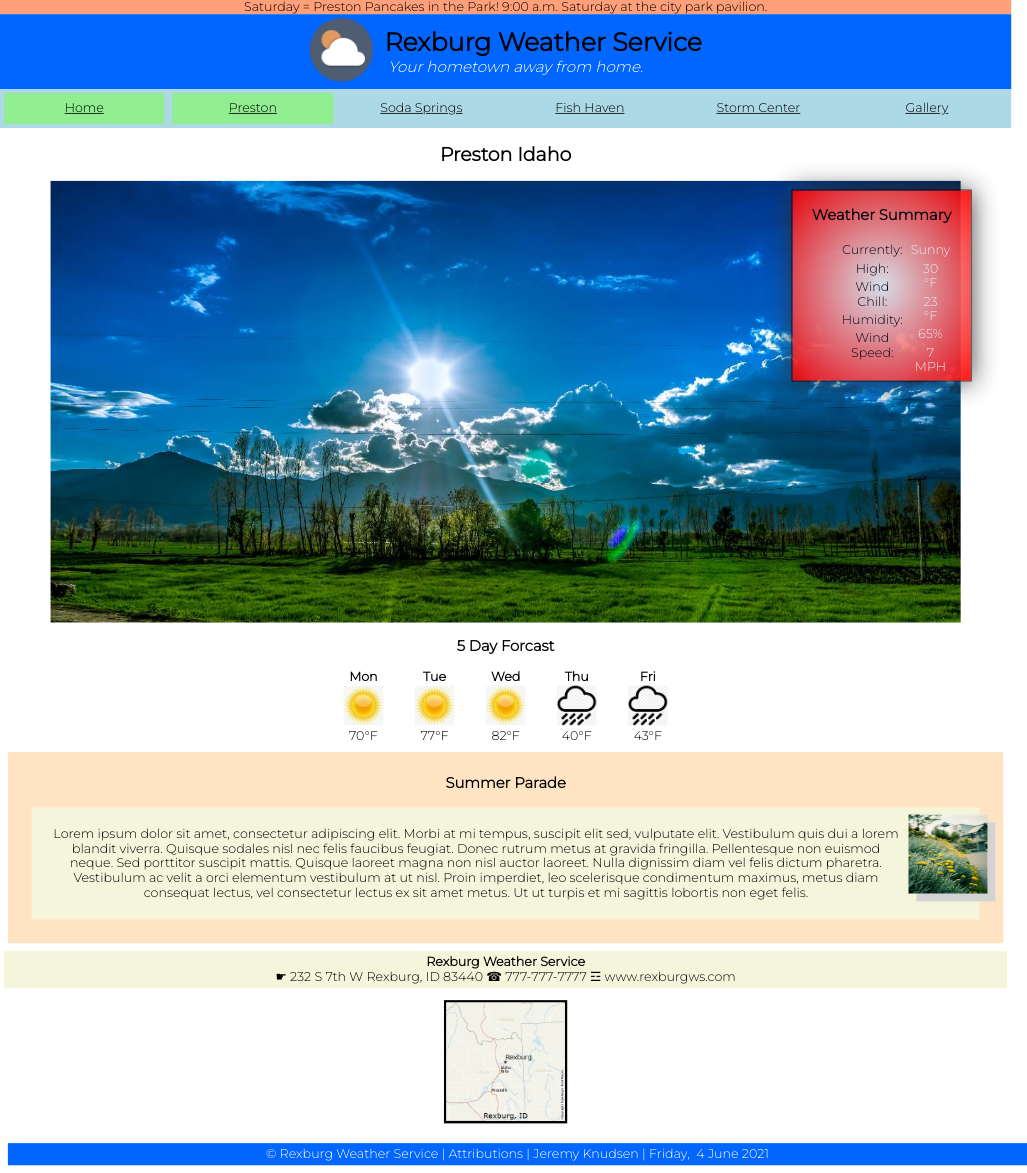
Repository: jknudsen97/jknudsen97.github.io
Page: Lesson06/preston-6.html
These files come from the project's save history. The page is drawn as it stood at one moment and after the next save; the edit follows.
The browser window is 1280 px wide. The page is 1300 px wide, so the pictures cover 1300 px, including what lies to the right of the window. The pictures show the whole page, at 79% of full size.

Above is the page before, as saved 2021-06-06 23:39:31.

After the next save:
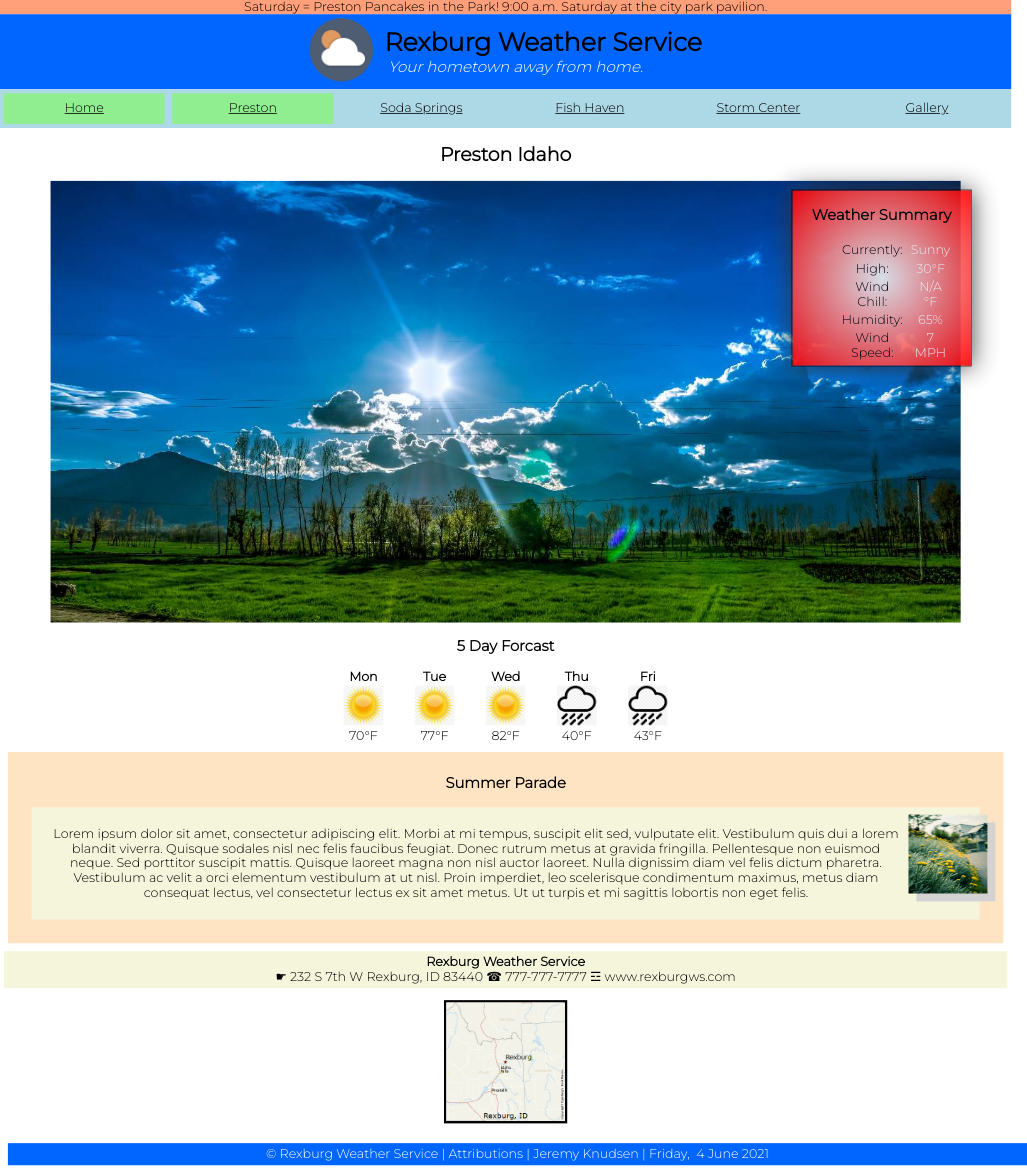
Saved 40 s later.
--- a/Lesson06/preston-6.html
+++ b/Lesson06/preston-6.html
@@ -70,7 +70,7 @@
                             </ul>
                             <ul>
                                 <li class="s-color">Sunny</li>
-                                <li class="s-color"><span id="temp">30</span>&#176;F</li>
+                                <li class="s-color"><span id="temp">30&#176;F</span></li>
                                 <li class="s-color"><span id="WC"></span>&#176;F</li>
                                 <li class="s-color">65%</li>
                                 <li class="s-color"> <span id="speed">7</span>MPH</li>

After the save that followed:
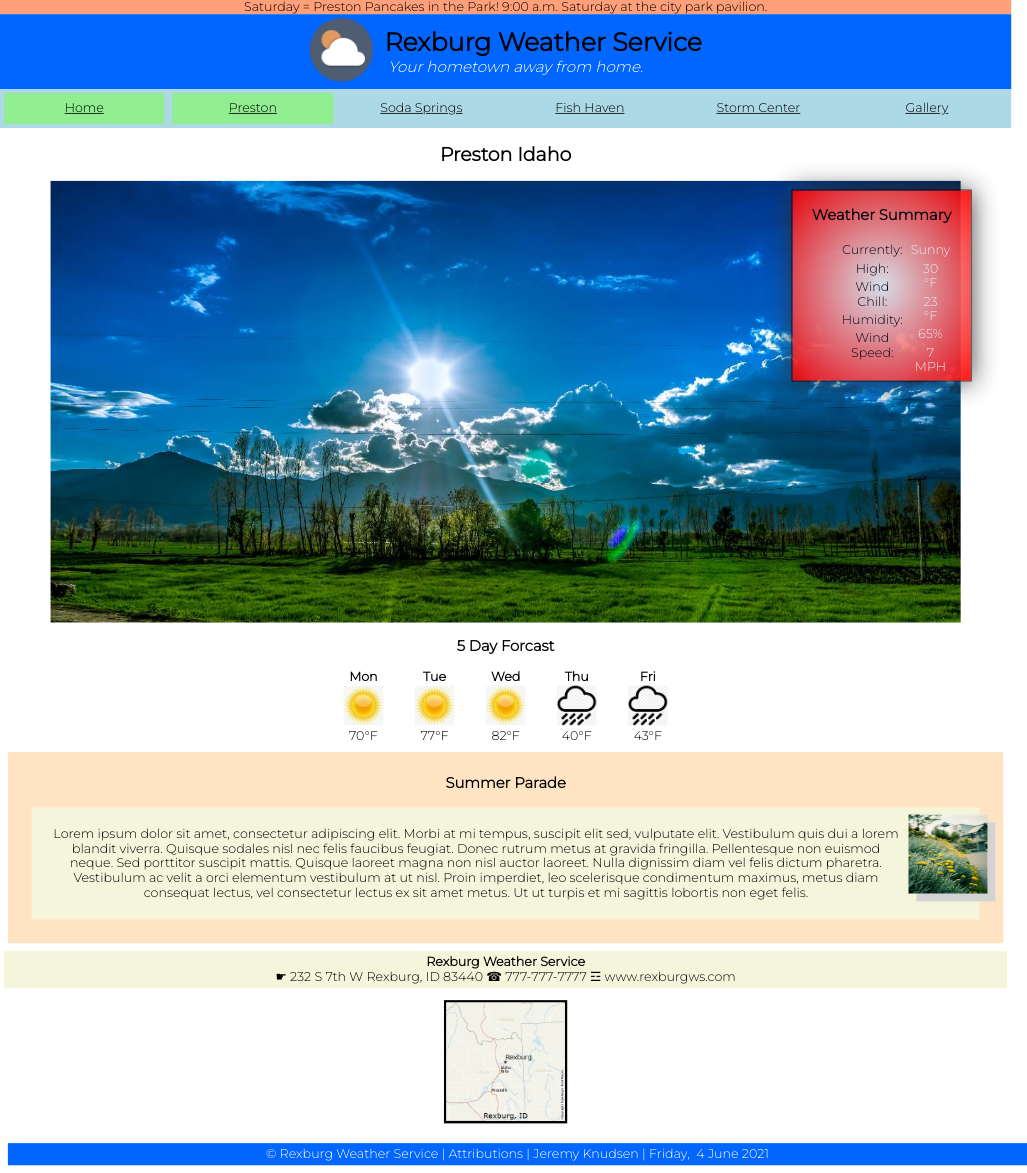
Saved 33 s later.
--- a/Lesson06/preston-6.html
+++ b/Lesson06/preston-6.html
@@ -70,7 +70,7 @@
                             </ul>
                             <ul>
                                 <li class="s-color">Sunny</li>
-                                <li class="s-color"><span id="temp">30&#176;F</span></li>
+                                <li class="s-color"><span id="temp">30</span>&#176;F</li>
                                 <li class="s-color"><span id="WC"></span>&#176;F</li>
                                 <li class="s-color">65%</li>
                                 <li class="s-color"> <span id="speed">7</span>MPH</li>
